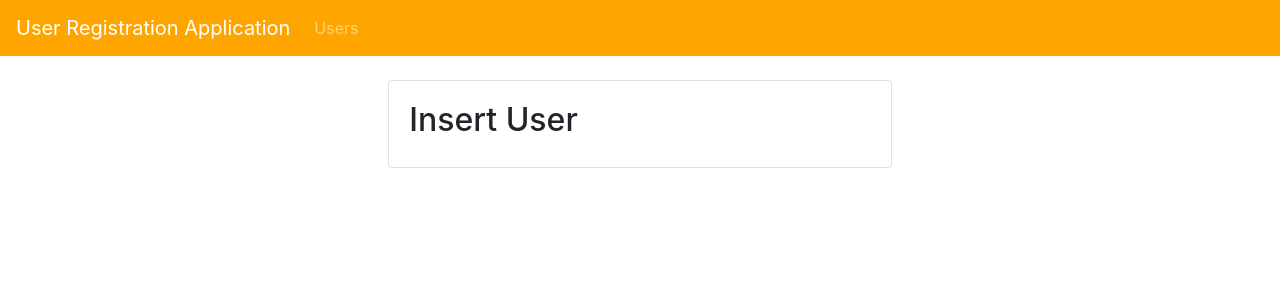
Repository: Malli120391/UserRegistrationSystemCrud
Page: http://localhost/UserRegistrationSystem/userform.jsp
These files come from the project's save history. The page is drawn as it stood at one moment and after the next save; the edit follows.
The browser window is 1280 px wide. The pictures show the whole page.
The page is served by Tomcat 9. Other server files are loaded and not shown.

Above is the page before, as saved 2020-12-27 03:00:30.

### UserRegistrationSystem/WebContent/userform.jsp
<%@ page language="java" contentType="text/html; charset=ISO-8859-1"
    pageEncoding="ISO-8859-1"%>
    <%@ taglib uri="http://java.sun.com/jsp/jstl/core" prefix="c" %>
<!DOCTYPE html>
<html>
<head>
<meta charset="ISO-8859-1">
<title>User Registration Application</title>
  <link rel="stylesheet"
      href="https://stackpath.bootstrapcdn.com/bootstrap/4.3.1/css/bootstrap.min.css"
      integrity="sha384-ggOyR0iXCbMQv3Xipma34MD+dH/1fQ784/j6cY/iJTQUOhcWr7x9JvoRxT2MZw1T"
       crossorigin="anonymous">
</head>
<body>

     <header>

         <nav class="navbar navbar-expand-md navbar-dark" style="background-color: orange">

         <div>
         <a href="http://www.xadmin.net" class="navbar-brand">User
         Registration Application</a>
         </div>

          <ul class="navbar-nav">
          <li><a href="<%=request.getContextPath()%>/list" class="nav-link">Users</a></li>
          </ul>

         </nav>

    </header>
    <br>

        <div class="container col-md-5">
           <div class="card">
            <div class="card-body">
               <c:if test="${user!=null}">
               <form action="updateuser" method="post">
               </c:if>
               <c:if test="${user == null}">
               <form action="insertuser" method="post">
               </c:if>

                 <caption>
                  <h2>
                   <c:if test="${user!=null}">
                    Edit User
                   </c:if>
                   <c:if test="${user == null }">
                    Insert User
                   </c:if>
                  </h2>
                 </caption>

            </div>
           </div>
        </div>

</body>
</html>

After the next save:
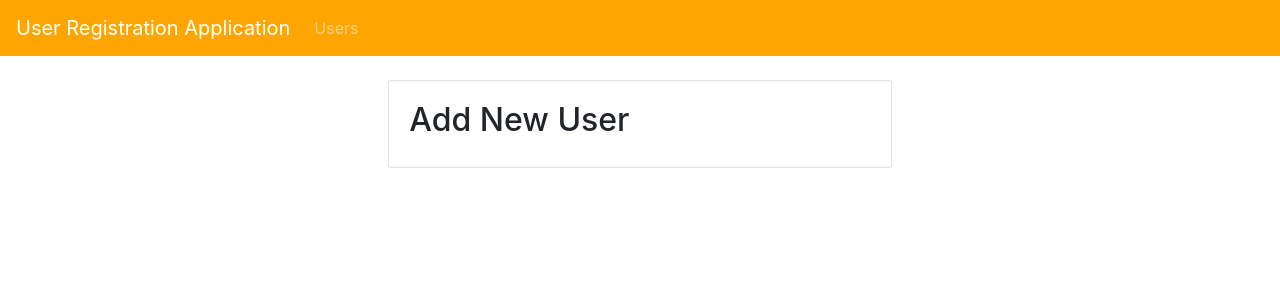
Saved 13 s later.
--- a/UserRegistrationSystem/WebContent/userform.jsp
+++ b/UserRegistrationSystem/WebContent/userform.jsp
@@ -47,7 +47,7 @@
                     Edit User
                    </c:if>
                    <c:if test="${user == null }">
-                    Insert User
+                     Add New User
                    </c:if>
                   </h2>
                  </caption>
